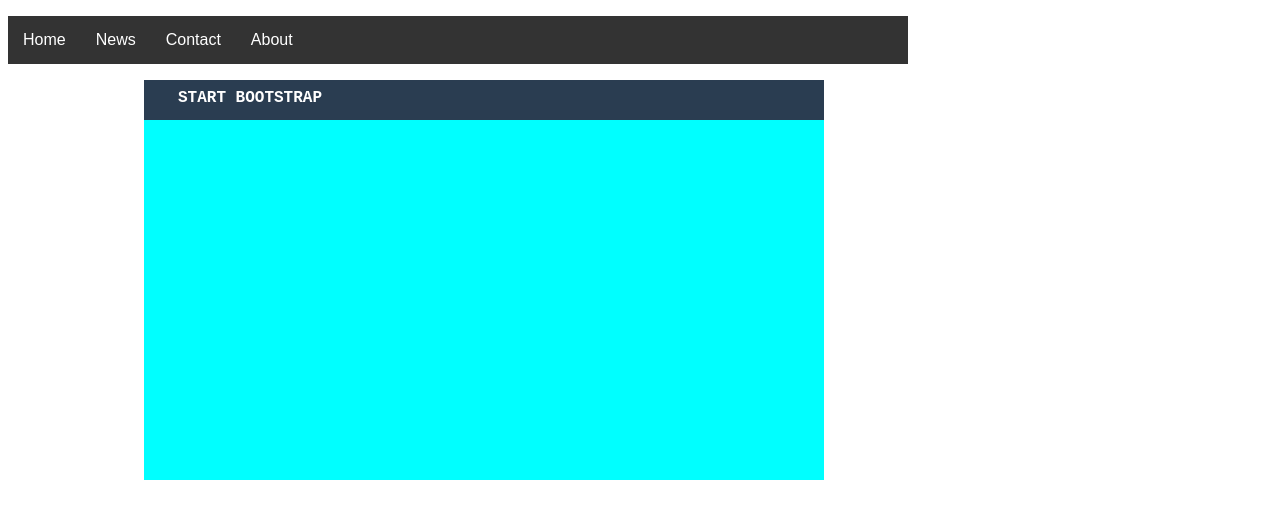
Repository: LongNguyen2504/T3H-FrondEnd
Page: Lesson3_CSS_HomeWork3.html
The author's editor kept a copy of each file at every save. The page is drawn from the files as they stood at one save, then again after the next save.
The browser window is 1280 px wide. The pictures show the whole page.

Above is the page before, as saved 2021-12-01 22:37:56.

After the next save:
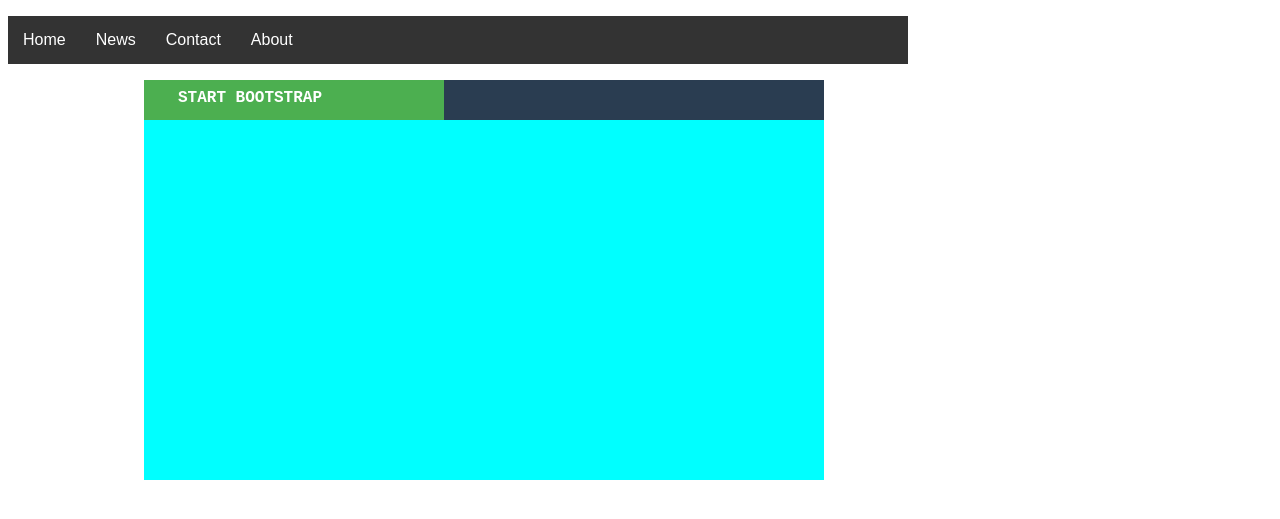
Saved 85 s later.
--- a/Lesson3_CSS_HomeWork3.css
+++ b/Lesson3_CSS_HomeWork3.css
@@ -39,8 +39,9 @@ div.menu-bootstrap-content1{
     font-family: 'Courier New', Courier, monospace;
 }
 div.menu-bootstrap-content2{
-    width: 100px;
+    width: 300px;
     height: 40px;
+    background-color: #4caf50;
 }
 ul.ul-menu{
     list-style-type: none;
